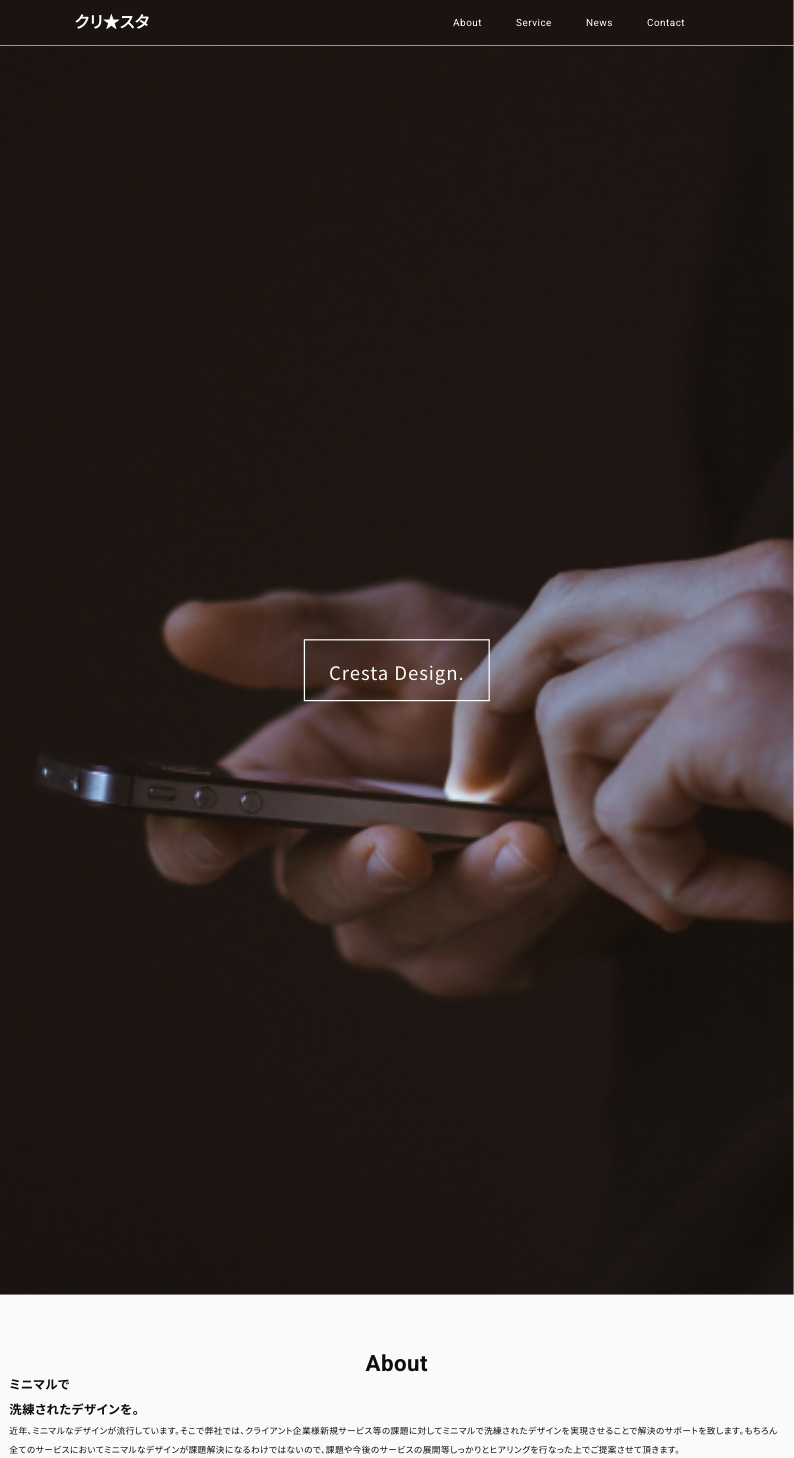
Repository: hatarakimono-kumasan/kurisuta_1st
Page: index.html
The author's editor kept a copy of each file at every save. The page is drawn from the files as they stood at one save, then again after the next save.
The browser window is 1280 px wide. The pictures show the whole page, at 62% of full size.
Some web libraries are served in a nearby version. The style sheet was rebuilt from its Sass, Less or Tailwind sources for each picture, by a compiler version that may differ from the author's.

Above is the page before, as saved 2020-05-15 08:32:39.

### index.html
<!DOCTYPE html>
<html lang="en">
	<head>
		<meta charset="UTF-8" />
		<meta name="viewport" content="width=device-width, initial-scale=1.0" />
		<meta http-equiv="X-UA-Compatible" content="ie=edge" />
		<title>Cresta.design</title>
		<meta name="keywords" content="カンマ区切りで10個以内推奨" />
		<meta name="description" content="120文字以内" />
		<meta property="og:title" content="このページのタイトル" />
		<meta property="og:type" content="TOPページはwebsite、子ページはarticle" />
		<meta property="og:url" content="このページのURL" />
		<meta property="og:image" content="1200×630以上推奨、絶対パスで指定" />
		<meta property="og:site_name" content="サイト名" />
		<meta property="og:description" content="80〜90文字推奨" />
		<meta name="twitter:card" content="summary or summary_large_image" />
		<meta name="twitter:site" content="@ユーザー名" />
		<meta name="format-detection" content="telephone=no" />
		<!-- <link rel="shortcut icon" sizes="16x16" href="ファビコン" />
		<link rel="apple-touch-icon" sizes="192x192" href="タッチアイコン" />
		<link rel="shortcut icon" sizes="192x192" href="タッチアイコン" /> -->
		<meta name="last-modified" content="Sun, 29 Dec 2019 20:30:30 GMT" />
		<link
			href="https://use.fontawesome.com/releases/v5.6.1/css/all.css"
			rel="stylesheet"
		/>
		<link rel="stylesheet" href="style.css" />
		<script
			src="https://code.jquery.com/jquery-3.4.1.min.js"
			integrity="sha256-CSXorXvZcTkaix6Yvo6HppcZGetbYMGWSFlBw8HfCJo="
			crossorigin="anonymous"
		></script>
	</head>
	<body>
		<!-- header -->
		<header class="header">
			<h1 class="site-title"><a href="./">クリ★スタ</a></h1>
			<div class="nav-wrapper">
				<nav class="header-nav">
					<ul class="nav-list">
						<li class="nav-item"><a href="#about">About</a></li>
						<li class="nav-item"><a href="#service">Service</a></li>
						<li class="nav-item"><a href="#news">News</a></li>
						<li class="nav-item"><a href="#contact">Contact</a></li>
					</ul>
				</nav>
			</div>
			<button class="burger-btn">
				<span class="bars">
					<span class="bar bar_top"></span>
					<span class="bar bar_mid"></span>
					<span class="bar bar_bottom"></span>
				</span>
			</button>
		</header>
		<!-- //header -->

		<!--first view-->
		<div class="first_view">
			<img src="img/fv-bgi_sp@2x.jpg" alt="サイトイメージ" />
			<p>Cresta Design.</p>
		</div>
		<!--//first view-->

		<main>
			<section class="about" id="about">
				<h2>About</h2>
				<h3>
					ミニマルで<br />
					洗練されたデザインを。
				</h3>
				<p>
					近年、ミニマルなデザインが流行しています。そこで弊社では、クライアント企業様新規サービス等の課題に対してミニマルで洗練されたデザインを実現させることで解決のサポートを致します。もちろん全てのサービスにおいてミニマルなデザインが課題解決になるわけではないので、課題や今後のサービスの展開等しっかりとヒアリングを行なった上でご提案させて頂きます。
				</p>
			</section>
		</main>
		<script src="drawer.js"></script>
	</body>
</html>

### drawer.js
$(".burger-btn").on("click", function () {
	//.btn_triggerをクリックすると
	$(".burger-btn").toggleClass("close"); //.btn_triggerにcloseクラスを付与(ボタンのアニメーション)
	$(".nav-wrapper").fadeToggle(500); //.nav-wrapperが0.5秒でフェードイン(メニューのフェードイン)
	$("body").toggleClass("noscroll"); //bodyにnoscrollクラスを付与(スクロールを固定)
});

if ($(window).width() < 768) {
	//デバイスの幅が768以下のとき
	$(".nav-item>a").on("click", function () {
		//.nav-item>aをクリックすると
		$(".nav-wrapper").fadeOut(500); //.nav-wrapperが0.5秒でフェードアウト(メニューのフェードアウト)
		$(".burger-btn").removeClass("close"); //.btn_triggerのcloseクラスを削除
		$("body").removeClass("noscroll"); //bodyのnoscrollクラスを削除
	});
}

### style.scss
/* ======================================
Foundation
====================================== */

@import "scss/foundation/reset";
@import "scss/foundation/mixin";
@import "scss/foundation/settings";
@import "scss/foundation/base";

/* ======================================
Layout
====================================== */

@import "scss/layout/header";
// @import 'layout/nav';
@import "scss/layout/main";
// @import 'layout/footer';

/* ======================================
Object
====================================== */

/**
Component
----------------------------------- */

// @import 'object/component/';

/**
Project
----------------------------------- */

// @import 'object/project/';

/**
Utility
----------------------------------- */
// @import 'object/utility/';

### scss/foundation/_reset.scss
html,
body,
div,
span,
object,
iframe,
h1,
h2,
h3,
h4,
h5,
h6,
p,
blockquote,
pre,
abbr,
address,
cite,
code,
del,
dfn,
em,
img,
ins,
kbd,
q,
samp,
small,
strong,
sub,
sup,
var,
b,
i,
dl,
dt,
dd,
ol,
ul,
li,
fieldset,
form,
label,
legend,
table,
caption,
tbody,
tfoot,
thead,
tr,
th,
td,
article,
aside,
canvas,
details,
figcaption,
figure,
footer,
header,
hgroup,
menu,
nav,
section,
summary,
time,
mark,
audio,
video {
	margin: 0;
	padding: 0;
	border: 0;
	outline: 0;
	font-size: 100%;
	vertical-align: baseline;
	background: transparent;
}
body {
	line-height: 1;
}
article,
aside,
details,
figcaption,
figure,
footer,
header,
hgroup,
menu,
nav,
section,
main {
	display: block;
}
ol,
ul {
	list-style: none;
}
blockquote,
q {
	quotes: none;
}
blockquote:before,
blockquote:after,
q:before,
q:after {
	content: "";
	content: none;
}
a {
	margin: 0;
	padding: 0;
	font-size: 100%;
	vertical-align: baseline;
	background: transparent;
}
ins {
	background-color: #ff9;
	color: #333;
	text-decoration: none;
}
mark {
	background-color: #ff9;
	color: #333;
	font-style: italic;
	font-weight: bold;
}
del {
	text-decoration: line-through;
}
abbr[title],
dfn[title] {
	border-bottom: 1px dotted;
	cursor: help;
}
table {
	border-collapse: collapse;
	border-spacing: 0;
}
hr {
	display: block;
	height: 1px;
	border: 0;
	border-top: 1px solid #cccccc;
	margin: 1em 0;
	padding: 0;
}
input,
select {
	vertical-align: middle;
}

### scss/foundation/_mixin.scss
/*================================================= mixin (mobile to pc)
=================================================*/
$tab: 768px;
$lap: 1024px;
$pc: 1200px;

@mixin tab {
	@media screen and (min-width: ($tab)) {
		@content;
	}
}

@mixin lap {
	@media screen and (min-width: ($lap)) {
		@content;
	}
}

@mixin pc {
	@media screen and (min-width: ($pc)) {
		@content;
	}
}

/*================================================= トラッキング(letter-spacing)のmixin
=================================================*/
@mixin tracking($tracking) {
	letter-spacing: ($tracking / 1000) + em;
}

// 利用するとき
//   p {
//    @include tracking(16);
//   }

### scss/foundation/_settings.scss
/*
font
------------------------------------------*/
@import url("https://fonts.googleapis.com/css2?family=Roboto:wght@400;700&display=swap");
@import url("https://fonts.googleapis.com/css2?family=Noto+Sans+JP:wght@700&display=swap");
body {
	font-family: Roboto, "Noto Sans JP", 游ゴシック, "Yu Gothic", 游ゴシック体,
		YuGothic, "ヒラギノ角ゴ Pro W3", "Hiragino Kaku Gothic Pro", "Meiryo UI",
		メイリオ, Meiryo, sans-serif;
	font-size: medium;
	letter-spacing: 0.05em;
	word-break: break-all;
}
h1,
h2,
h3,
h4,
h5,
strong {
	font-weight: bold;
}

/*フォントサイズ
https://websemantics.uk/tools/responsive-font-calculator/
-------------------------------------------------*/
html {
	font-size: 62.5%;
}
body {
	font-size: 1.6rem; /* 16px*/
	line-height: 2;
}
h1 {
	font-size: 26px; /* IE8以下とAndroid4.3以下用フォールバック */
	font-size: 2.6rem;
	line-height: calc(24 / 36);
	font-family: Roboto;
}
h2 {
	font-size: 36px; /* IE8以下とAndroid4.3以下用フォールバック */
	font-size: 3.6rem;
	line-height: calc(24 / 36);
	font-family: Roboto;
	text-align: center;
}
h3 {
	font-size: 20px; /* IE8以下とAndroid4.3以下用フォールバック */
	font-size: 2rem;
	line-height: calc(40 / 20);
	font-family: "Noto Sans JP";
}
p {
	font-size: 14px; /* IE8以下とAndroid4.3以下用フォールバック */
	font-size: 1.4rem;
	line-height: calc(30 / 14);
	font-family: "Noto Sans JP";
	@include tracking(50);
}

### scss/foundation/_base.scss
/*
Base
---------------------------------------------- */
html {
	box-sizing: border-box;
	height: 100%;
}
*,
*:before,
*:after {
	box-sizing: inherit;
}
body {
	height: 100%;
	font-feature-settings: "palt";
	color: #0d0d0d;
	background-color: #fafafa;
}
img {
	max-width: 100%;
	height: auto;
	vertical-align: bottom;
}
a {
	color: inherit;
}
input,
textarea {
	font-family: inherit;
	font-size: 100%;
}

### scss/layout/_header.scss
// body {
// 	color: #141414;
// 	font-size: 1.4rem;
// 	line-height: 1.8;
// 	letter-spacing: 0.05em;

// 	font-family: "Roboto", sans-serif, "Noto Sans JP", sans-serif;
// }
.noscroll {
	overflow: hidden;
}
/* img {
	width: 100%;
	vertical-align: bottom;
} */
a {
	text-decoration: none;
	color: #fff;
}
// .section-title {
// 	font-size: 3.6rem;
// 	font-weight: bold;
// 	text-align: center;
// 	letter-spacing: 0.05em;
// 	margin-bottom: 70px;
// }
// h3 {
// 	font-size: 2.4rem;
// 	font-weight: bold;
// 	line-height: 2;
// 	letter-spacing: 0.1em;
// 	margin-bottom: 40px;
// }
// .section-wrapper {
// 	padding: 100px 10% 50px;
// }

/* ------------------ */
/* header */
/* ------------------ */
.header {
	background-color: #1b1310;
	color: #fff;
	height: 74px;
	display: flex;
	justify-content: space-between;
	align-items: center;
	padding: 0 120px;
	border-bottom: 1px solid #fff;
}
.nav-list {
	/* navの横並び */
	display: flex;
}
.nav-item {
	/* メニューの右側に余白 */
	margin-right: 55px;
}
.burger-btn {
	display: none;
}

@media screen and (max-width: 768px) {
	/* ----------------------- */
	/* base_sp
/* ----------------------- */

	// h3 {
	// 	font-size: 2rem;
	// 	margin-bottom: 30px;
	// }
	// .section-wrapper {
	// 	padding: 100px 5% 50px;
	// }
	/* ------------------ */
	/* humberger-menu */
	/* ------------------ */
	.header {
		padding: 0 5%;
	}
	.burger-btn {
		display: block;
		width: 39px;
		height: 39px;
		position: relative;
		z-index: 3;
		/*   codepenの挙動のため */
		background-color: transparent;
		border: none;
	}
	.bar {
		width: 20px;
		height: 1px;
		display: block;
		position: absolute;
		left: 50%;
		transform: translateX(-50%);
		background-color: #fff;
	}
	.bar_top {
		top: 10px;
	}
	.bar_mid {
		top: 50%;
		transform: translate(-50%, -50%);
	}
	.bar_bottom {
		bottom: 10px;
	}
	.burger-btn.close .bar_top {
		transform: translate(-50%, 10px) rotate(45deg);
		transition: transform 0.3s;
	}
	.burger-btn.close .bar_mid {
		opacity: 0;
		transition: opacity 0.3s;
	}
	.burger-btn.close .bar_bottom {
		transform: translate(-50%, -8px) rotate(-45deg);
		transition: transform 0.3s;
	}
	.nav-wrapper {
		display: none;
		width: 100vw;
		height: 100vh;
		position: fixed;
		top: 0;
		left: 0;
		z-index: 2; /*キービジュアルと.btn_triggerとの重なりの前後関係を調整*/
	}
	.header-nav {
		width: 100%;
		height: 100%;
		background-color: #1b1310;
		z-index: 2;
	}
	.header-nav .nav-list {
		display: block;
		position: absolute;
		top: 50%;
		left: 50%;
		transform: translate(-50%, -50%);
		text-align: center;
	}
	.header-nav .nav-item {
		margin-right: 0;
		margin-bottom: 40px;
	}
}

### scss/layout/_main.scss
/*=======================================
first view
=========================================*/
.first_view {
	width: 100%;
	position: relative;

	img {
		min-width: 100%;
	}
	p {
		width: 300px;
		height: 100px;
		border: #fff 2px solid;
		color: #fff;
		position: absolute;
		transform: translateY(-50%);
		font-size: 3rem;
		top: 50%;
		left: 50%;
		text-align: center;
		transform: translate(-50%, -50%);
		line-height: 100px;
	}
}

/*=============================================
all
===============================================*/
main {
	width: calc(100% - 30px);
	margin: auto;
	margin-top: 10rem;
	margin-bottom: 5rem;
}

/*=============================================
about
===============================================*/
.about {
	margin-bottom: 7.3rem;
}

After the next save:
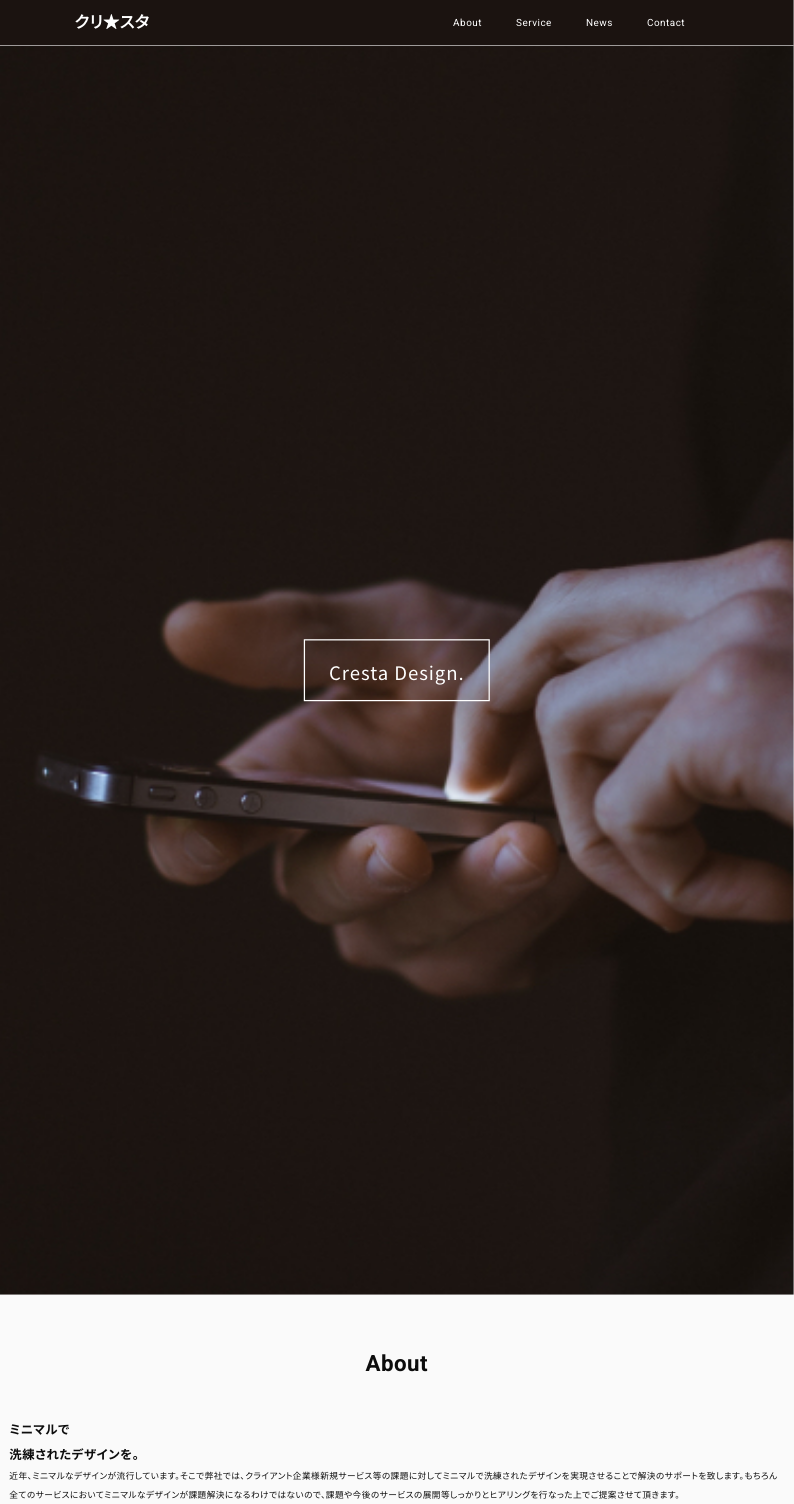
Saved 31 s later.
--- a/scss/layout/_main.scss
+++ b/scss/layout/_main.scss
@@ -38,5 +38,7 @@ main {
 about
 ===============================================*/
 .about {
-	margin-bottom: 7.3rem;
+	h2 {
+		margin-bottom: 7.3rem;
+	}
 }
